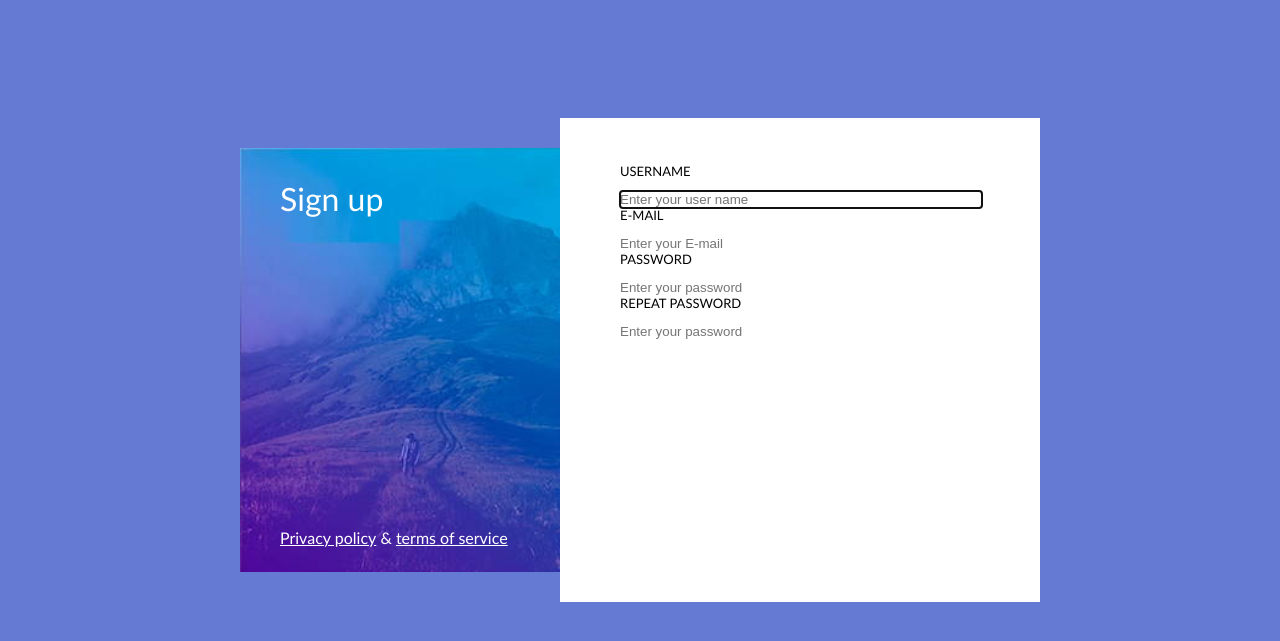
Repository: RugileG/registracijos-forma
Page: index.html
These files come from the project's save history. The page is drawn as it stood at one moment and after the next save; the edit follows.
The browser window is 1280 px wide. The pictures show the whole page.
The first visible `input` has the focus.

Above is the page before, as saved 2021-05-18 10:32:59.

After the next save:
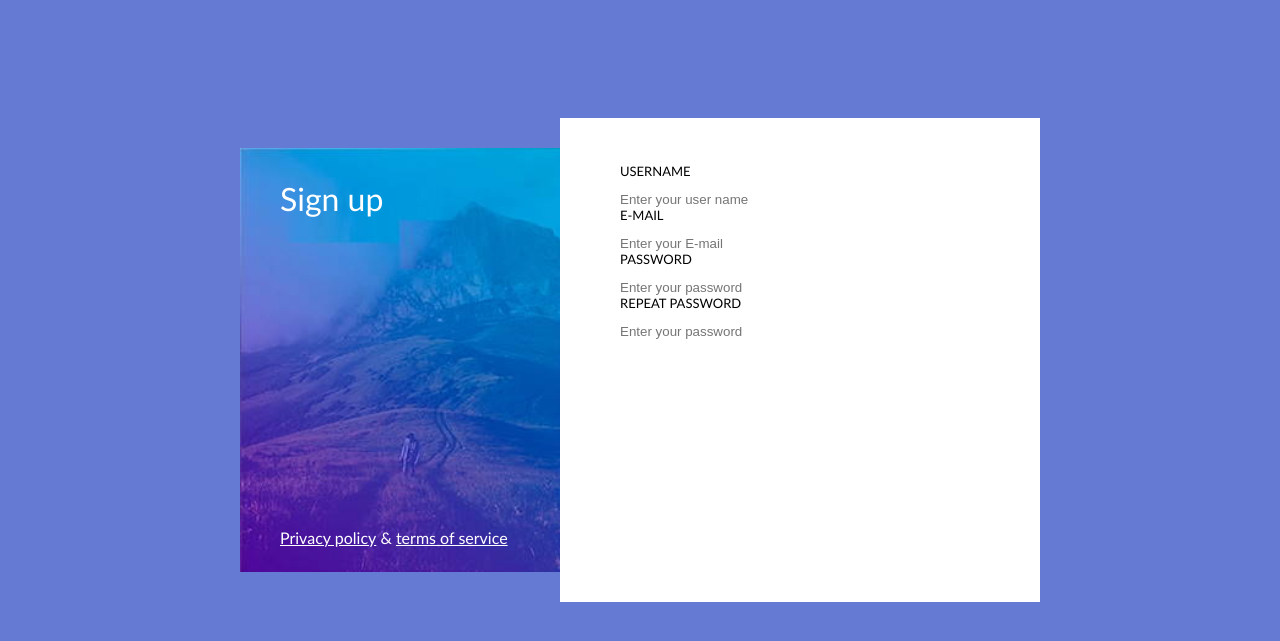
Saved 7 s later.
--- a/index.html
+++ b/index.html
@@ -95,7 +95,7 @@
 
         input:focus {
             border: none;
-            outline:
+            outline: none;
         }
 
 
